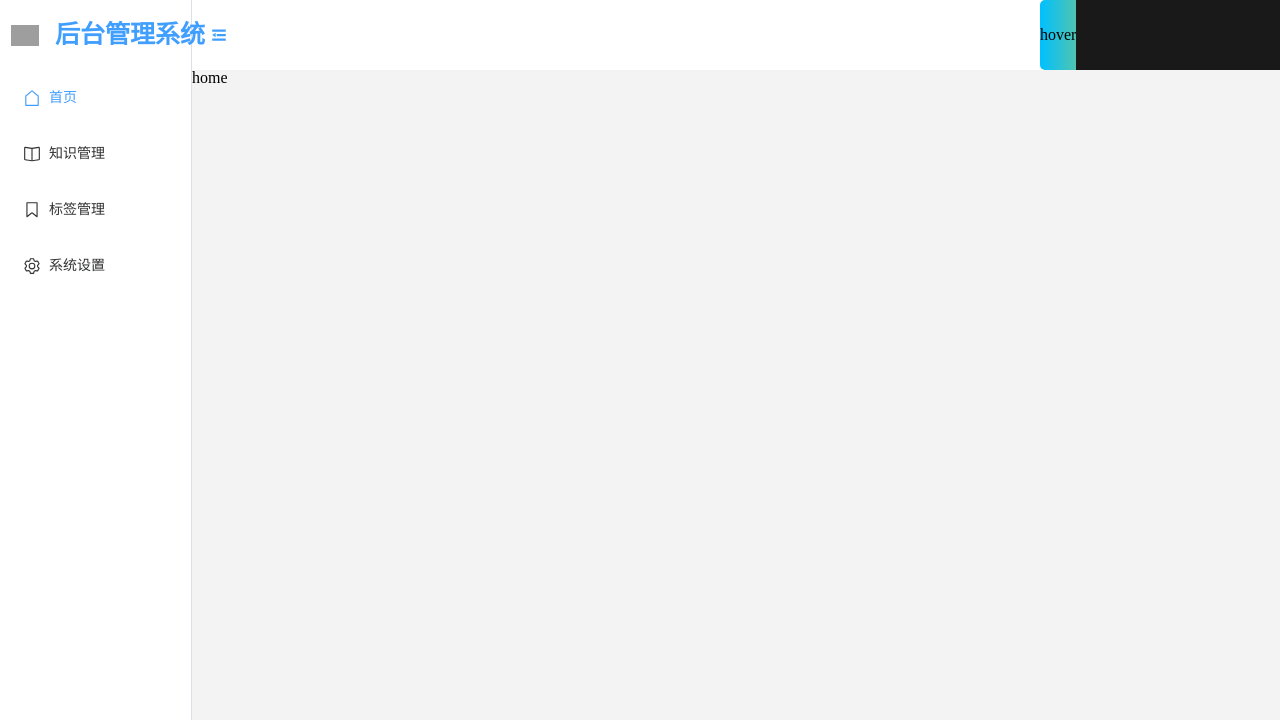
Repository: serrrN/admin
Page: /
These files come from the project's save history. The page is drawn as it stood at one moment and after the next save; the edit follows.
The browser window is 1280 px wide. The pictures show the whole page.
Pictures or frames that could not be fetched are drawn as grey boxes. The project was rebuilt for these pictures with package versions that can differ from the ones it lists, and the page was loaded fresh each time. Also part of the build but not shown: vite.config.ts, src/styles/index.scss.

Above is the page before, as saved 2024-06-05 16:33:25.

After the next save:
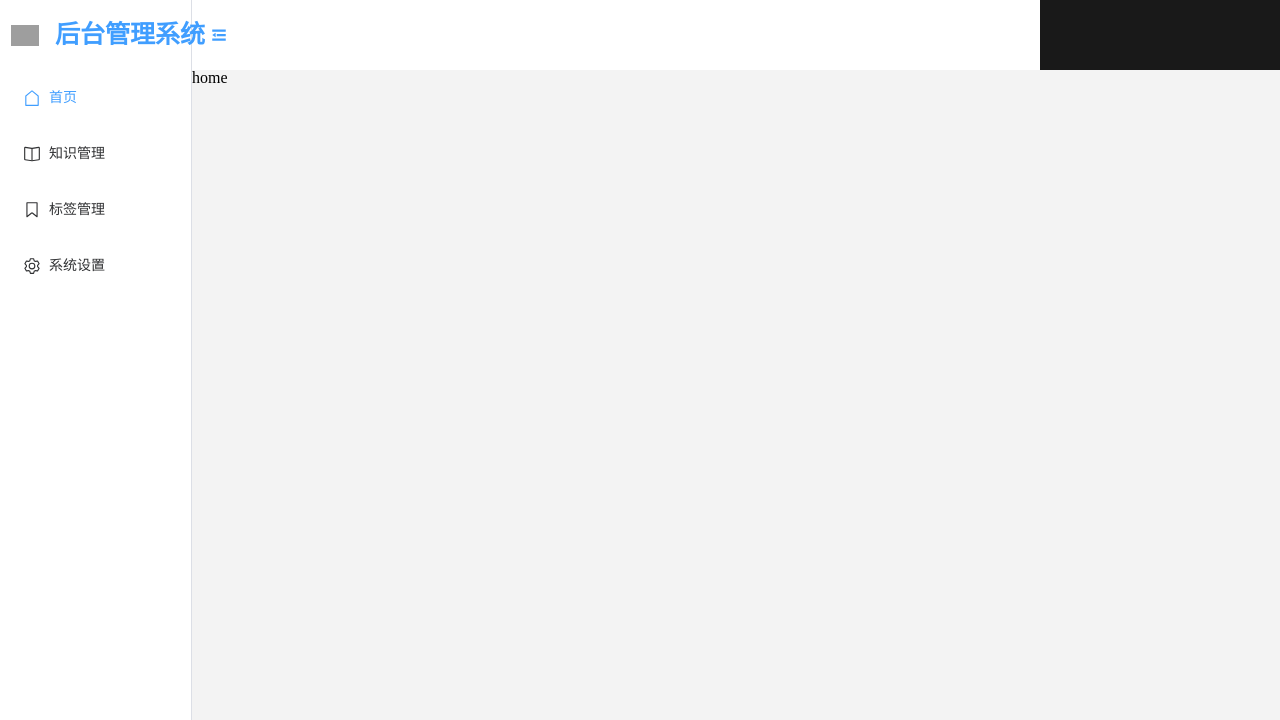
Saved 27 s later.
--- a/src/layout/header/menu/index.vue
+++ b/src/layout/header/menu/index.vue
@@ -1,5 +1,5 @@
 <template>
-  <div class="header-menu">hover</div>
+  <div class="header-menu"></div>
 </template>
 <script setup lang="ts"></script>
 <style lang="scss" scoped>
